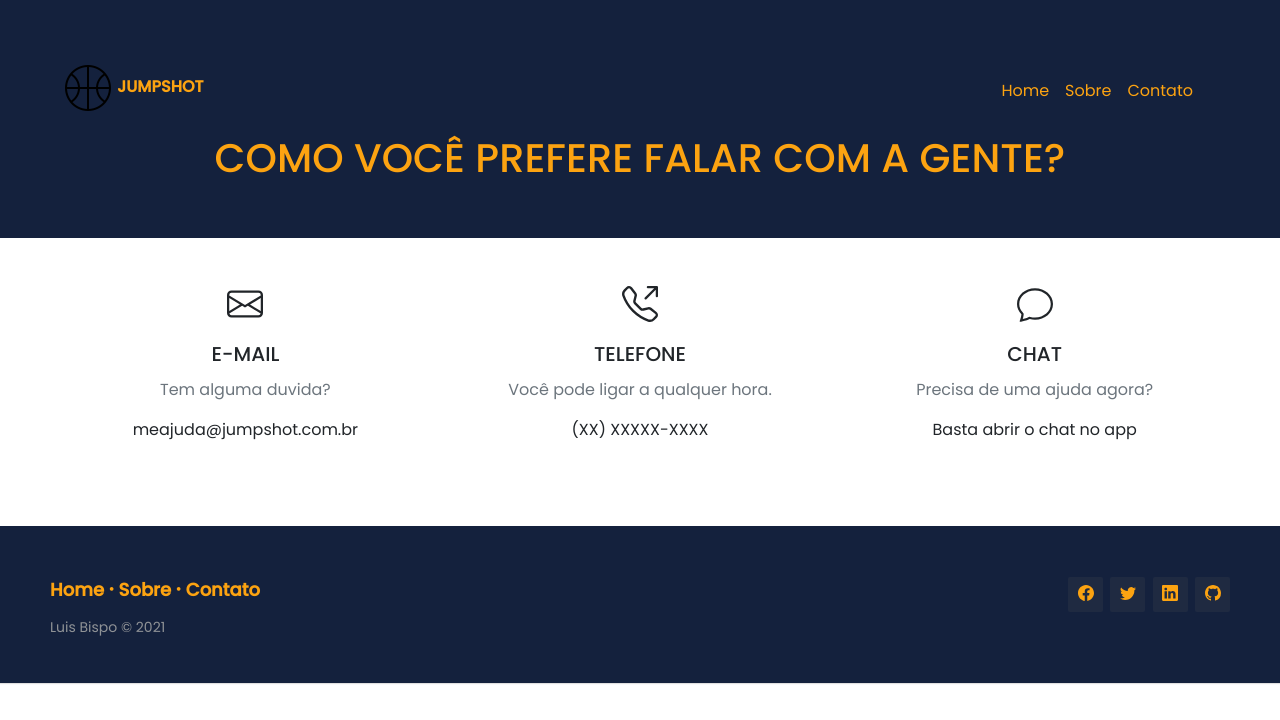
Repository: luisbisp/Jumpshot
Page: pages/about.html
An editor plug-in stored every save of this project. The page is shown before and after the next save, followed by the edit.
The browser window is 1280 px wide. The pictures show the whole page.

Above is the page before, as saved 2021-07-07 20:25:53.

### pages/about.html
<!DOCTYPE html>
<html lang="en">

<head>
    <meta charset="UTF-8">
    <meta http-equiv="X-UA-Compatible" content="IE=edge">
    <meta name="viewport" content="width=device-width, initial-scale=1.0">
    <link rel="preconnect" href="https://fonts.googleapis.com">
    <link rel="preconnect" href="https://fonts.gstatic.com" crossorigin>
    <link href="https://fonts.googleapis.com/css2?family=Poppins:wght@300;400;500&display=swap" rel="stylesheet">
    <link rel="stylesheet" href="https://maxcdn.bootstrapcdn.com/bootstrap/4.0.0/css/bootstrap.min.css"
        integrity="sha384-Gn5384xqQ1aoWXA+058RXPxPg6fy4IWvTNh0E263XmFcJlSAwiGgFAW/dAiS6JXm" crossorigin="anonymous">
    <link rel="stylesheet" href="../styles/styles.css">
    <link rel="stylesheet" href="../styles/footer.css">

    <title>jumpshot</title>

</head>

<body>
    <div class="container-fluid p-0">
        <!-- div com todo conteudo da pagina -->
        <header class="p-5">
            <!-- div com conteudo do cabeçalho -->
            <div class="div-header">
                <div class="logo">
                    <img src="../images/logo.png" alt="">
                    <strong>JUMPSHOT</strong>
                </div>
                <div class="menu">
                    <!-- navbar do bootstrap -->
                    <nav class="navbar navbar-expand-lg">
                        <button class="navbar-toggler" type="button" data-toggle="collapse" data-target="#navbarNav"
                            aria-controls="navbarNav" aria-expanded="false" aria-label="Toggle navigation">
                            <span class="navbar-toggler-icon"></span>
                        </button>
                        <div class="collapse navbar-collapse" id="navbarNav">
                            <ul class="navbar-nav">
                                <li class="nav-item active">
                                    <a class="nav-link navbar-custom" href="../index.htm">Home <span
                                            class="sr-only">(current)</span></a>
                                </li>
                                <li class="nav-item">
                                    <a class="nav-link navbar-custom" href="#">Sobre</a>
                                </li>
                                <li class="nav-item">
                                    <a class="nav-link navbar-custom" href="#">Contato</a>
                                </li>
                            </ul>
                        </div>
                    </nav>
                </div>
            </div>

            <div class="div-header-content m-0">
                <div class="text-center">

                    <h1> COMO VOCÊ PREFERE FALAR COM A GENTE?</h1>

                </div>

            </div>
        </header>

        <div class="card-group m-5">
            <div class="card border-0">
                <div class="d-flex justify-content-center">
                    <svg xmlns="http://www.w3.org/2000/svg"  width="36" height="36" fill="currentColor"
                        class="bi bi-envelope" viewBox="0 0 16 16">
                        <path
                            d="M0 4a2 2 0 0 1 2-2h12a2 2 0 0 1 2 2v8a2 2 0 0 1-2 2H2a2 2 0 0 1-2-2V4zm2-1a1 1 0 0 0-1 1v.217l7 4.2 7-4.2V4a1 1 0 0 0-1-1H2zm13 2.383-4.758 2.855L15 11.114v-5.73zm-.034 6.878L9.271 8.82 8 9.583 6.728 8.82l-5.694 3.44A1 1 0 0 0 2 13h12a1 1 0 0 0 .966-.739zM1 11.114l4.758-2.876L1 5.383v5.73z" />
                    </svg>
                </div>
                <div class="card-body">
                    <h5 class="card-title text-center">E-MAIL</h5>
                    <p class="card-text text-center text-secondary">Tem alguma duvida?</p>
                    <p class="text-center"> meajuda@jumpshot.com.br</p>
                </div>
            </div>
            <div class="card border-0">
                <div class="d-flex justify-content-center">
                    <svg xmlns="http://www.w3.org/2000/svg" width="36" height="36" fill="currentColor"
                        class="bi bi-telephone-outbound" viewBox="0 0 16 16">
                        <path
                            d="M3.654 1.328a.678.678 0 0 0-1.015-.063L1.605 2.3c-.483.484-.661 1.169-.45 1.77a17.568 17.568 0 0 0 4.168 6.608 17.569 17.569 0 0 0 6.608 4.168c.601.211 1.286.033 1.77-.45l1.034-1.034a.678.678 0 0 0-.063-1.015l-2.307-1.794a.678.678 0 0 0-.58-.122l-2.19.547a1.745 1.745 0 0 1-1.657-.459L5.482 8.062a1.745 1.745 0 0 1-.46-1.657l.548-2.19a.678.678 0 0 0-.122-.58L3.654 1.328zM1.884.511a1.745 1.745 0 0 1 2.612.163L6.29 2.98c.329.423.445.974.315 1.494l-.547 2.19a.678.678 0 0 0 .178.643l2.457 2.457a.678.678 0 0 0 .644.178l2.189-.547a1.745 1.745 0 0 1 1.494.315l2.306 1.794c.829.645.905 1.87.163 2.611l-1.034 1.034c-.74.74-1.846 1.065-2.877.702a18.634 18.634 0 0 1-7.01-4.42 18.634 18.634 0 0 1-4.42-7.009c-.362-1.03-.037-2.137.703-2.877L1.885.511zM11 .5a.5.5 0 0 1 .5-.5h4a.5.5 0 0 1 .5.5v4a.5.5 0 0 1-1 0V1.707l-4.146 4.147a.5.5 0 0 1-.708-.708L14.293 1H11.5a.5.5 0 0 1-.5-.5z" />
                    </svg>
                </div>
                <div class="card-body">
                    <h5 class="card-title text-center">TELEFONE</h5>
                    <p class="card-text text-center text-secondary">Você pode ligar a qualquer hora.</p>
                    <p class="text-center"> (XX) XXXXX-XXXX </p>
                </div>
            </div>
            <div class="card border-0">
                <div class="d-flex justify-content-center">
                    <svg xmlns="http://www.w3.org/2000/svg"  width="36" height="36" fill="currentColor"
                        class="bi bi-chat" viewBox="0 0 16 16">
                        <path
                            d="M2.678 11.894a1 1 0 0 1 .287.801 10.97 10.97 0 0 1-.398 2c1.395-.323 2.247-.697 2.634-.893a1 1 0 0 1 .71-.074A8.06 8.06 0 0 0 8 14c3.996 0 7-2.807 7-6 0-3.192-3.004-6-7-6S1 4.808 1 8c0 1.468.617 2.83 1.678 3.894zm-.493 3.905a21.682 21.682 0 0 1-.713.129c-.2.032-.352-.176-.273-.362a9.68 9.68 0 0 0 .244-.637l.003-.01c.248-.72.45-1.548.524-2.319C.743 11.37 0 9.76 0 8c0-3.866 3.582-7 8-7s8 3.134 8 7-3.582 7-8 7a9.06 9.06 0 0 1-2.347-.306c-.52.263-1.639.742-3.468 1.105z" />
                    </svg>
                </div>
                <div class="card-body">
                    <h5 class="card-title text-center">CHAT</h5>
                    <p class="card-text text-center text-secondary">Precisa de uma ajuda agora?</p>
                    <p class="text-center"> Basta abrir o chat no app</p>
                </div>
            </div>
        </div>

        <footer class="footer-distributed mt-5">

            <div class="footer-right">

                <!-- icons svg das redes sociais -->
                <a href="#"><svg xmlns="http://www.w3.org/2000/svg" width="16" height="16" fill="currentColor"
                        class="bi bi-facebook" viewBox="0 0 16 16">
                        <path
                            d="M16 8.049c0-4.446-3.582-8.05-8-8.05C3.58 0-.002 3.603-.002 8.05c0 4.017 2.926 7.347 6.75 7.951v-5.625h-2.03V8.05H6.75V6.275c0-2.017 1.195-3.131 3.022-3.131.876 0 1.791.157 1.791.157v1.98h-1.009c-.993 0-1.303.621-1.303 1.258v1.51h2.218l-.354 2.326H9.25V16c3.824-.604 6.75-3.934 6.75-7.951z" />
                    </svg></i></a>

                <a href="#"><svg xmlns="http://www.w3.org/2000/svg" width="16" height="16" fill="currentColor"
                        class="bi bi-twitter" viewBox="0 0 16 16">
                        <path
                            d="M5.026 15c6.038 0 9.341-5.003 9.341-9.334 0-.14 0-.282-.006-.422A6.685 6.685 0 0 0 16 3.542a6.658 6.658 0 0 1-1.889.518 3.301 3.301 0 0 0 1.447-1.817 6.533 6.533 0 0 1-2.087.793A3.286 3.286 0 0 0 7.875 6.03a9.325 9.325 0 0 1-6.767-3.429 3.289 3.289 0 0 0 1.018 4.382A3.323 3.323 0 0 1 .64 6.575v.045a3.288 3.288 0 0 0 2.632 3.218 3.203 3.203 0 0 1-.865.115 3.23 3.23 0 0 1-.614-.057 3.283 3.283 0 0 0 3.067 2.277A6.588 6.588 0 0 1 .78 13.58a6.32 6.32 0 0 1-.78-.045A9.344 9.344 0 0 0 5.026 15z" />
                    </svg></a>

                <a href="#"><svg xmlns="http://www.w3.org/2000/svg" width="16" height="16" fill="currentColor"
                        class="bi bi-linkedin" viewBox="0 0 16 16">
                        <path
                            d="M0 1.146C0 .513.526 0 1.175 0h13.65C15.474 0 16 .513 16 1.146v13.708c0 .633-.526 1.146-1.175 1.146H1.175C.526 16 0 15.487 0 14.854V1.146zm4.943 12.248V6.169H2.542v7.225h2.401zm-1.2-8.212c.837 0 1.358-.554 1.358-1.248-.015-.709-.52-1.248-1.342-1.248-.822 0-1.359.54-1.359 1.248 0 .694.521 1.248 1.327 1.248h.016zm4.908 8.212V9.359c0-.216.016-.432.08-.586.173-.431.568-.878 1.232-.878.869 0 1.216.662 1.216 1.634v3.865h2.401V9.25c0-2.22-1.184-3.252-2.764-3.252-1.274 0-1.845.7-2.165 1.193v.025h-.016a5.54 5.54 0 0 1 .016-.025V6.169h-2.4c.03.678 0 7.225 0 7.225h2.4z" />
                    </svg></a>

                <a href="#"><svg xmlns="http://www.w3.org/2000/svg" width="16" height="16" fill="currentColor"
                        class="bi bi-github" viewBox="0 0 16 16">
                        <path
                            d="M8 0C3.58 0 0 3.58 0 8c0 3.54 2.29 6.53 5.47 7.59.4.07.55-.17.55-.38 0-.19-.01-.82-.01-1.49-2.01.37-2.53-.49-2.69-.94-.09-.23-.48-.94-.82-1.13-.28-.15-.68-.52-.01-.53.63-.01 1.08.58 1.23.82.72 1.21 1.87.87 2.33.66.07-.52.28-.87.51-1.07-1.78-.2-3.64-.89-3.64-3.95 0-.87.31-1.59.82-2.15-.08-.2-.36-1.02.08-2.12 0 0 .67-.21 2.2.82.64-.18 1.32-.27 2-.27.68 0 1.36.09 2 .27 1.53-1.04 2.2-.82 2.2-.82.44 1.1.16 1.92.08 2.12.51.56.82 1.27.82 2.15 0 3.07-1.87 3.75-3.65 3.95.29.25.54.73.54 1.48 0 1.07-.01 1.93-.01 2.2 0 .21.15.46.55.38A8.012 8.012 0 0 0 16 8c0-4.42-3.58-8-8-8z" />
                    </svg></a>

            </div>

            <div class="footer-left">

                <p class="footer-links">
                    <a class="link-1" href="#">Home</a>

                    <a href="#">Sobre</a>

                    <a href="#">Contato</a>
                </p>

                <p>Luis Bispo &copy; 2021</p>
            </div>

        </footer>
    </div>
</body>

</html>

### styles/styles.css
 *{
    font-family: 'Poppins', sans-serif;
 }
 header {
     background-color: #14213d;
     color: #fca311;
 }
 .div-header{
       display: flex;
       justify-content: space-between;
       padding:15px;
}
.navbar-custom{
    color: #fca311;
}

/* .div-header-content{
    margin-top: 50px;
    display: flex;
    margin: 15px;
} */
.content{
    display: flex;

}
.content-text{
    width: 50%;
    padding: 50px;
}

.content-image {
    width:50%;
    background-color: #fca311;
    display: flex;
    justify-content: center;
}
.content-image2 {
    width:50%;
    background-color: #14213d;
    display: flex;
    justify-content: center;
}
.illustration{
    height: 250px;
}

.photo-profile{
    border-radius: 50%;
    width: 50px;
    height: 50px;
    margin: 1%;
}

### styles/footer.css
.footer-distributed {
    background-color: #14213d;
    box-shadow: 0 1px 1px 0 rgba(0, 0, 0, 0.12);
    box-sizing: border-box;
    width: 100%;
    text-align: left;
    font: normal 16px sans-serif;
    padding: 45px 50px;
  }

  .footer-distributed .footer-left p {
    color: #8f9296;
    font-size: 14px;
    margin: 0;
  }
  /* Footer links */

  .footer-distributed p.footer-links {
    font-size: 18px;
    font-weight: bold;
    color: #fca311;
    margin: 0 0 10px;
    padding: 0;
    transition: ease .25s;
  }

  .footer-distributed p.footer-links a {
    display: inline-block;
    line-height: 1.8;
    text-decoration: none;
    color: inherit;
    transition: ease .25s;
  }

  .footer-distributed .footer-links a:before {
    content: "·";
    font-size: 20px;
    left: 0;
    color: #fca311;
    display: inline-block;
    padding-right: 5px;
  }

  .footer-distributed .footer-links .link-1:before {
    content: none;
  }

  .footer-distributed .footer-right {
    float: right;
    margin-top: 6px;
    max-width: 180px;
  }

  .footer-distributed .footer-right a {
    display: inline-block;
    width: 35px;
    height: 35px;
    background-color: #1f2a41;
    border-radius: 2px;
    font-size: 20px;
    color: #fca311;
    text-align: center;
    line-height: 35px;
    margin-left: 3px;
    transition:all .25s;
  }

  .footer-distributed .footer-right a:hover{transform:scale(1.1); -webkit-transform:scale(1.1);}

  .footer-distributed p.footer-links a:hover{text-decoration:underline;}

  /* Media Queries */

  @media (max-width: 600px) {
    .footer-distributed .footer-left, .footer-distributed .footer-right {
      text-align: center;
    }
    .footer-distributed .footer-right {
      float: none;
      margin: 0 auto 20px;
    }
    .footer-distributed .footer-left p.footer-links {
      line-height: 1.8;
    }
  }

After the next save:
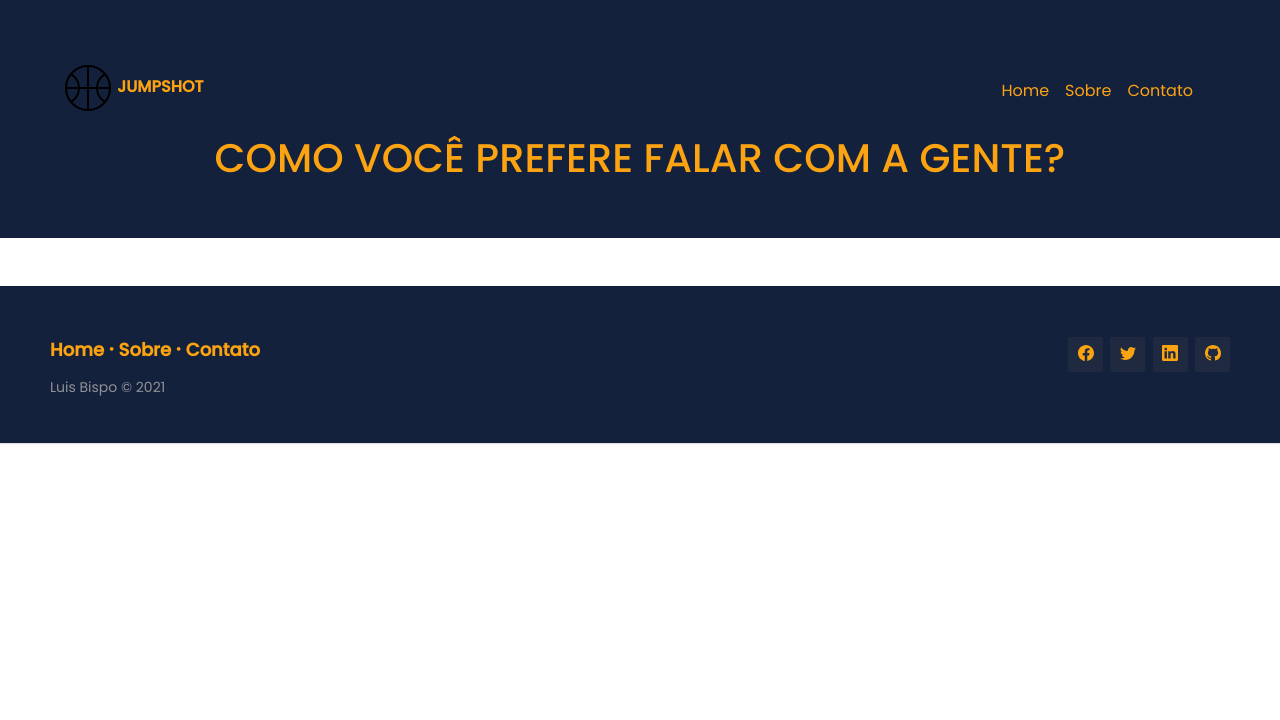
Saved 72 s later.
--- a/pages/about.html
+++ b/pages/about.html
@@ -62,50 +62,7 @@
             </div>
         </header>
 
-        <div class="card-group m-5">
-            <div class="card border-0">
-                <div class="d-flex justify-content-center">
-                    <svg xmlns="http://www.w3.org/2000/svg"  width="36" height="36" fill="currentColor"
-                        class="bi bi-envelope" viewBox="0 0 16 16">
-                        <path
-                            d="M0 4a2 2 0 0 1 2-2h12a2 2 0 0 1 2 2v8a2 2 0 0 1-2 2H2a2 2 0 0 1-2-2V4zm2-1a1 1 0 0 0-1 1v.217l7 4.2 7-4.2V4a1 1 0 0 0-1-1H2zm13 2.383-4.758 2.855L15 11.114v-5.73zm-.034 6.878L9.271 8.82 8 9.583 6.728 8.82l-5.694 3.44A1 1 0 0 0 2 13h12a1 1 0 0 0 .966-.739zM1 11.114l4.758-2.876L1 5.383v5.73z" />
-                    </svg>
-                </div>
-                <div class="card-body">
-                    <h5 class="card-title text-center">E-MAIL</h5>
-                    <p class="card-text text-center text-secondary">Tem alguma duvida?</p>
-                    <p class="text-center"> meajuda@jumpshot.com.br</p>
-                </div>
-            </div>
-            <div class="card border-0">
-                <div class="d-flex justify-content-center">
-                    <svg xmlns="http://www.w3.org/2000/svg" width="36" height="36" fill="currentColor"
-                        class="bi bi-telephone-outbound" viewBox="0 0 16 16">
-                        <path
-                            d="M3.654 1.328a.678.678 0 0 0-1.015-.063L1.605 2.3c-.483.484-.661 1.169-.45 1.77a17.568 17.568 0 0 0 4.168 6.608 17.569 17.569 0 0 0 6.608 4.168c.601.211 1.286.033 1.77-.45l1.034-1.034a.678.678 0 0 0-.063-1.015l-2.307-1.794a.678.678 0 0 0-.58-.122l-2.19.547a1.745 1.745 0 0 1-1.657-.459L5.482 8.062a1.745 1.745 0 0 1-.46-1.657l.548-2.19a.678.678 0 0 0-.122-.58L3.654 1.328zM1.884.511a1.745 1.745 0 0 1 2.612.163L6.29 2.98c.329.423.445.974.315 1.494l-.547 2.19a.678.678 0 0 0 .178.643l2.457 2.457a.678.678 0 0 0 .644.178l2.189-.547a1.745 1.745 0 0 1 1.494.315l2.306 1.794c.829.645.905 1.87.163 2.611l-1.034 1.034c-.74.74-1.846 1.065-2.877.702a18.634 18.634 0 0 1-7.01-4.42 18.634 18.634 0 0 1-4.42-7.009c-.362-1.03-.037-2.137.703-2.877L1.885.511zM11 .5a.5.5 0 0 1 .5-.5h4a.5.5 0 0 1 .5.5v4a.5.5 0 0 1-1 0V1.707l-4.146 4.147a.5.5 0 0 1-.708-.708L14.293 1H11.5a.5.5 0 0 1-.5-.5z" />
-                    </svg>
-                </div>
-                <div class="card-body">
-                    <h5 class="card-title text-center">TELEFONE</h5>
-                    <p class="card-text text-center text-secondary">Você pode ligar a qualquer hora.</p>
-                    <p class="text-center"> (XX) XXXXX-XXXX </p>
-                </div>
-            </div>
-            <div class="card border-0">
-                <div class="d-flex justify-content-center">
-                    <svg xmlns="http://www.w3.org/2000/svg"  width="36" height="36" fill="currentColor"
-                        class="bi bi-chat" viewBox="0 0 16 16">
-                        <path
-                            d="M2.678 11.894a1 1 0 0 1 .287.801 10.97 10.97 0 0 1-.398 2c1.395-.323 2.247-.697 2.634-.893a1 1 0 0 1 .71-.074A8.06 8.06 0 0 0 8 14c3.996 0 7-2.807 7-6 0-3.192-3.004-6-7-6S1 4.808 1 8c0 1.468.617 2.83 1.678 3.894zm-.493 3.905a21.682 21.682 0 0 1-.713.129c-.2.032-.352-.176-.273-.362a9.68 9.68 0 0 0 .244-.637l.003-.01c.248-.72.45-1.548.524-2.319C.743 11.37 0 9.76 0 8c0-3.866 3.582-7 8-7s8 3.134 8 7-3.582 7-8 7a9.06 9.06 0 0 1-2.347-.306c-.52.263-1.639.742-3.468 1.105z" />
-                    </svg>
-                </div>
-                <div class="card-body">
-                    <h5 class="card-title text-center">CHAT</h5>
-                    <p class="card-text text-center text-secondary">Precisa de uma ajuda agora?</p>
-                    <p class="text-center"> Basta abrir o chat no app</p>
-                </div>
-            </div>
-        </div>
+
 
         <footer class="footer-distributed mt-5">
 
